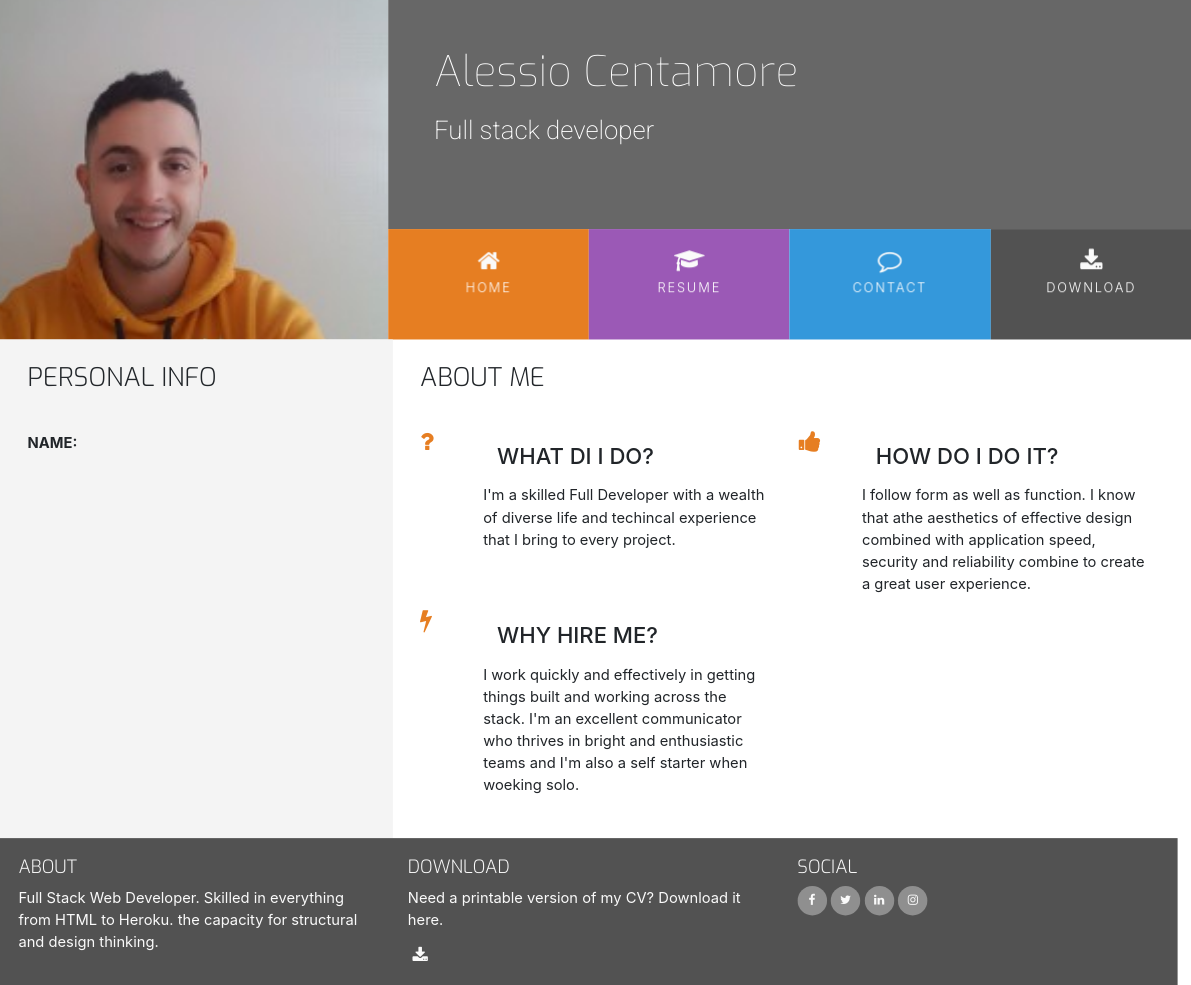
Repository: Baal89/Resume
Page: index.html
The author's editor kept a record of every edit. The page is drawn from the files as they stood at one moment, then again after the next edit.
The browser window is 1280 px wide. The page is 1295 px wide, so the pictures cover 1295 px, including what lies to the right of the window. The pictures show the whole page, at 92% of full size.

Above is the page before.

### index.html
<!DOCTYPE html>
<html lang="en">

<head>
    <meta charset="UTF-8">
    <meta name="viewport" content="width=device-width, initial-scale=1.0">
    <meta http-equiv="X-UA-Compatible" content="ie=edge">
    <link rel="stylesheet" href="https://stackpath.bootstrapcdn.com/bootstrap/4.4.1/css/bootstrap.min.css" integrity="sha384-Vkoo8x4CGsO3+Hhxv8T/Q5PaXtkKtu6ug5TOeNV6gBiFeWPGFN9MuhOf23Q9Ifjh" crossorigin="anonymous">
    <link href="https://stackpath.bootstrapcdn.com/font-awesome/4.7.0/css/font-awesome.min.css" rel="stylesheet" integrity="sha384-wvfXpqpZZVQGK6TAh5PVlGOfQNHSoD2xbE+QkPxCAFlNEevoEH3Sl0sibVcOQVnN" crossorigin="anonymous">
    <link rel="stylesheet" href="https://cdnjs.cloudflare.com/ajax/libs/hover.css/2.3.1/css/hover-min.css" type="text/css" />
    <link rel="stylesheet" href="assets/css/style.css" type="text/css" />
    <title>Alessio</title>
</head>

<body>

    <header>
        <div class="row">
            <a href="index.html" class="col-md-4 logo px-0">

            </a>
            <div class="col-md-8">
                <div class="row bg-color-name-title">
                    <div class="col heading px-0">
                        <h1 class="name">Alessio Centamore</h1>
                        <h2 class="title">Full stack developer</h2>
                    </div>
                </div>
                <div class="row">
                    <div class="col px-0">
                        <ul id="nav" class="list-inline menu-container">
                            <li class="col-6 col-sm-3 ui-menu-color-home list-inline-item menuitem">
                                <a href="#" class="hvr-sweep-to-bottom"><i class="fa fa-home" aria-hidden="true"></i><span>Home</span></a>
                            </li>
                            <li class="col-6 col-sm-3 ui-menu-color-resume list-inline-item menuitem">
                                <a href="#" class="hvr-sweep-to-bottom"><i class="fa fa-graduation-cap" aria-hidden="true"></i><span>Resume</span></a>
                            </li>
                            <li class="col-6 col-sm-3 ui-menu-color-contact list-inline-item menuitem">
                                <a href="#" class="hvr-sweep-to-bottom"><i class="fa fa-comment-o" aria-hidden="true"></i><span>Contact</span></a>
                            </li>
                            <li class="col-6 col-sm-3 ui-menu-color-download list-inline-item menuitem">
                                <a href="#" class="hvr-sweep-to-bottom"><i class="fa fa-download" aria-hidden="true"></i><span>Download</span></a>
                            </li>
                        </ul>
                    </div>
                </div>
            </div>
        </div>
    </header>

    <section class="container-fluid">
        <div class="row">
            <div class="col-md-4 bg-color-personal-info section-column">
                <div class="row">
                    <div class="col-12">
                        <h3 class="section-heading uppercase">Personal info</h3>
                    </div>
                </div>
                <div class="personal-info-item">
                    <div class="key">
                        <p class="uppercase">
                            Name:
                        </p>
                    </div>
                </div>
            </div>
            <div class="col-md-8 color-three-reasons section-column">
                <div class="row">
                    <div class="col">
                        <h3 class="section-heading uppercase">about me</h3>
                    </div>
                </div>
                <div class="row">
                    <div class="col-10 offset-1 offset-sm-0 col-sm-4 col-md-6">
                        <div class="row">
                            <div class="col-2">
                                <i class="three-resons-icon fa fa-question" aria-hidden="true"></i>
                            </div>
                            <div class="col-10">
                                <h4 class="three-reasons-heading uppercase">What di I do?</h4>
                                <p>I'm a skilled Full Developer with a wealth of diverse life and
                                techincal experience that I bring to every project.</p>
                            </div>
                        </div>
                    </div>
                    <div class="col-10 offset-1 offset-sm-0 col-sm-4 col-md-6">
                        <div class="row">
                            <div class="col-2">
                                <i class="three-resons-icon fa fa-thumbs-up" aria-hidden="true"></i>
                            </div>
                            <div class="col-10">
                                <h4 class="three-reasons-heading uppercase">How do I do it?</h4>
                                <p>I follow form as well as function. I know that athe aesthetics of effective
                                design combined with application speed, security and reliability combine to
                                create a great user experience.</p>
                            </div>
                        </div>
                    </div>
                    <div class="col-10 offset-1 offset-sm-0 col-sm-4 col-md-6">
                        <div class="row">
                            <div class="col-2">
                                <i class="three-resons-icon fa fa-bolt" aria-hidden="true"></i>
                            </div>
                            <div class="col-10">
                                <h4 class="three-reasons-heading uppercase">Why hire me?</h4>
                                <p>I work quickly and effectively in getting things built and working across the stack. I'm an excellent
                                communicator who thrives in bright and enthusiastic teams and I'm also a self starter when woeking solo.</p>
                            </div>
                        </div>
                    </div>
                </div>
            </div>
        </div>
    </section>

    <footer class="container-fluid" id="footer-details">
        <div class="row">
            <div class="col-sm-4">
                <h5 class="uppercase general-sub">About</h5>
                <p class="inline-block">Full Stack Web Developer. Skilled in everything from HTML to Heroku. the capacity for structural and design thinking.</p>
            </div>
            <div class="col-sm-4">
                <h5 class="uppercase general-sub">Download</h5>
                <p class="inline-block">Need a printable version of my CV? Download it here.</p>
                <a href="#" target="_blank" class="cv-pdf">
                    <i class="fa fa-download" aria-hidden="true"></i>
                    <span class="sr-only">Download link.</span>
                </a>
            </div>
            <div class="col-sm-4">
                <h5 class="uppercase general-sub">Social</h5>
                <ul class="list-inline social-links">
                    <li class="list-inline-item">
                        <a target="_blank" href="#">
                            <i class="fa fa-facebook" aria-hidden="true"></i>
                            <span class="sr-only">Facebook</span>
                        </a>
                    </li>
                     <li class="list-inline-item">
                        <a target="_blank" href="#">
                            <i class="fa fa-twitter" aria-hidden="true"></i>
                            <span class="sr-only">Twitter</span>
                        </a>
                    </li>
                     <li class="list-inline-item">
                        <a target="_blank" href="#">
                            <i class="fa fa-linkedin" aria-hidden="true"></i>
                            <span class="sr-only">Linkedin</span>
                        </a>
                    </li>
                     <li class="list-inline-item">
                        <a target="_blank" href="#">
                            <i class="fa fa-instagram" aria-hidden="true"></i>
                            <span class="sr-only">Instagram</span>
                        </a>
                    </li>
                </ul>
            </div>
        </div>
    </footer>

</body>

</html>

### assets/css/style.css
@import url('https://fonts.googleapis.com/css?family=Roboto:100,200,300,400,500,600,700|Exo:100,200,300,400,500,600,700&display=swap');


/*-----------------------------------------------------------------Colors */

.bg-color-name-title {
    background-color: #676767;
}

.bg-color-three-resons {
    background-color: #fff;
}

.bg-color-personal-info {
    background-color: #f4f4f4
}

.bg-color-personal-work-history {
    background-color: #9b59b6;
}

.ui-menu-color-home {
    background-color: #e67e22;
}

.ui-menu-color-resume {
    background-color: #9b59b6;
}

.ui-menu-color-contact {
    background-color: #3498db;
}

.ui-menu-color-download {
    background-color: #525252;
}

/* ---------------------------------------------------------------Special padding/margins/text */

h1,
h2,
h3,
h4 {
    margin: 0;
}

.uppercase {
    text-transform: uppercase;
}

.general-sub {
    font-family: "Exo", sans-serif;
    font-weight: 300;
    color: #fafafa;
}

.inline-block {
    display: inline-block;
}

.row-table {
    display: table;
}

.section-column {
    display: table-cell;
    padding: 0 30px 30px;
    float: none;
}

.section-heading,
.history-heading {
    font-family: "Exo", sans-serif;
    font-weight: 300;
    margin-top: 25px;
    margin-bottom: 40px;
}

/* ---------------------------------------------------------------Heading */

header {
    margin: 0;
}

.heading {
    margin-left: 50px;
}

.logo {
    background-image: url("../img/Alessio.jpg");
    background-position: center;
    background-repeat: no-repeat;
    background-size: cover;
    min-height: 360px;
    transition: all .5s ease-in-out;
    -moz-transition: all .5s ease-in-out;
    -webkit-transition: all .5s ease-in-out;
}

.name {
    font-family: Exo, sans-serif;
    font-weight: 100;
    font-size: 46px;
    margin-top: 50px;
    color: #ffffff;
}

.title {
    font-family: Roboto, sans-serif;
    font-weight: 200;
    font-size: 28px;
    margin-top: 20px;
    margin-bottom: 90px;
    color: #ffffff;
}

.list-inline-item:not(:last-child) {
    margin-right: 0 !important;
}

.menu-container {
    font-size: 0;
}

#nav li {
    font-size: 14px;
    padding: 0;
}

.menuitem {
    height: 120px;
    text-align: center;
    padding: 0;
}

.menuitem a {
    width: 100%;
    text-decoration: none;
    color: #fff;
    height: 120px;
}

.menuitem i {
    padding-top: 22px;
    display: block;
    color: #fafafa;
    font-size: 26px;
}

.menuitem span {
    display: block;
    width: 100%;
    padding-top: 5px;
    text-align: center;
    text-transform: uppercase;
    font-size: 14px;
    font-weight: 300;
    letter-spacing: 2px;
}

#nav {
    margin: 0;
}

/* ---------------------------------------------------------------Hover */

.hvr-sweep-to-bottom:before {
    background-color: rgba(0,0,0, 0.2);
    height: 120px;
}

/* --------------------------------------------------------------Footer */

footer {
    background-color: #525252;
    color: #fafafa;
    min-height: 120px;
    margin: 0;
}

.cv-pdf i {
    font-size: 18px;
    color: #fafafa;
    text-align: center;
    padding-left: 5px;
    transition: all 0.35s ease-in-out;
    -moz-0transition: all 0.35s ease-in-out;
    -webkit-transition: all 0.35s ease-in-out;
    -o-transition: all 0.35s ease-in-out;
}

.cv-pdf i:hover {
    color: #e84610;
}

.social-links {
    padding-bottom: 15px;
}

.social-links li a i {
    width: 32px;
    height: 32px;
    padding: 12px 0;
    border-radius: 50%;
    font-size: 13px;
    line-height: 7px;
    text-align: center;
    color: #fafafa;
    background-color: #8f8f8f;
    transition: all 0.35s ease-in-out;
    -moz-0transition: all 0.35s ease-in-out;
    -webkit-transition: all 0.35s ease-in-out;
    -o-transition: all 0.35s ease-in-out;
}

.social-links li a i:hover {
    background-color: #e84610;
}

#footer-details {
    padding: 20px;
}

/* --------------------------------------------------------------three reasons */


.three-resons-icon {
    font-size: 26px;
    color: #e67e22;
}

.three-reasons-heading {
    margin: 15px;
}

/* --------------------------------------------------------------Personal info*/

.personal-info-item {
    margin-bottom: 20px;
    display: block;
    clear: both;
}

.personal-info-item .key,
.personal-info-item .value {
    padding-right: 8px;
    display: inline-block;
}

.personal-info-item .key p,
.personal-info-item .value p {
    margin: 0;
}

.personal-info-item .key {
    width: 30%;
    margin-right: 21px;
    padding-top: 2px;
    vertical-align: top;
}

.personal-info-item .key p {
    font-weight: 700;
}

.personal-info-item .value {
    position: relative;
    width: 60%;
}

/* --------------------------------------------------------------skills */

.progress {
    position: relative;
    height: 25px;
    margin-bottom: 4px;
}

.progress-type {
    position: absolute;
    left: 0px;
    font-weight: 400;
    padding: 3px 30px 2px 10px;
    color: #fafafa;
    background-color: rgba(25, 25, 25, 0.2);
}

.progress-section {
    margin: 40px 20px;
}

/* ---------------------------------------------------------------work history */

.history-heading {
    color: #fafafa;
    margin-bottom: 50px;
}

.timeline-item {
    padding: 43em 2em 0em 2em;
    position: relative;
    color: #fafafa;
    border-left: 1px solid;
}

.timeline-item p {
    padding: 0;
    margin: 0;
}

.timeline-item:before {
    content: attr(data-dates);
    position: absolute;
    left: 2.5em;
    top: 3em;
    display: block;
    font-family: "Exo" , sans-serif;
    font-weight: 500;
    font-size: 0.8em;
    padding: 0;
    margin: 0;
}

.tiimeline-item:after {
    width: 12px;
    height: 12px;
    display: block;
    top: 2.4em;
    position: absolute;
    left: -6px;
    border-radius: 12px;
    content: "";
    background-color: #fafafa;
}

After the next edit:
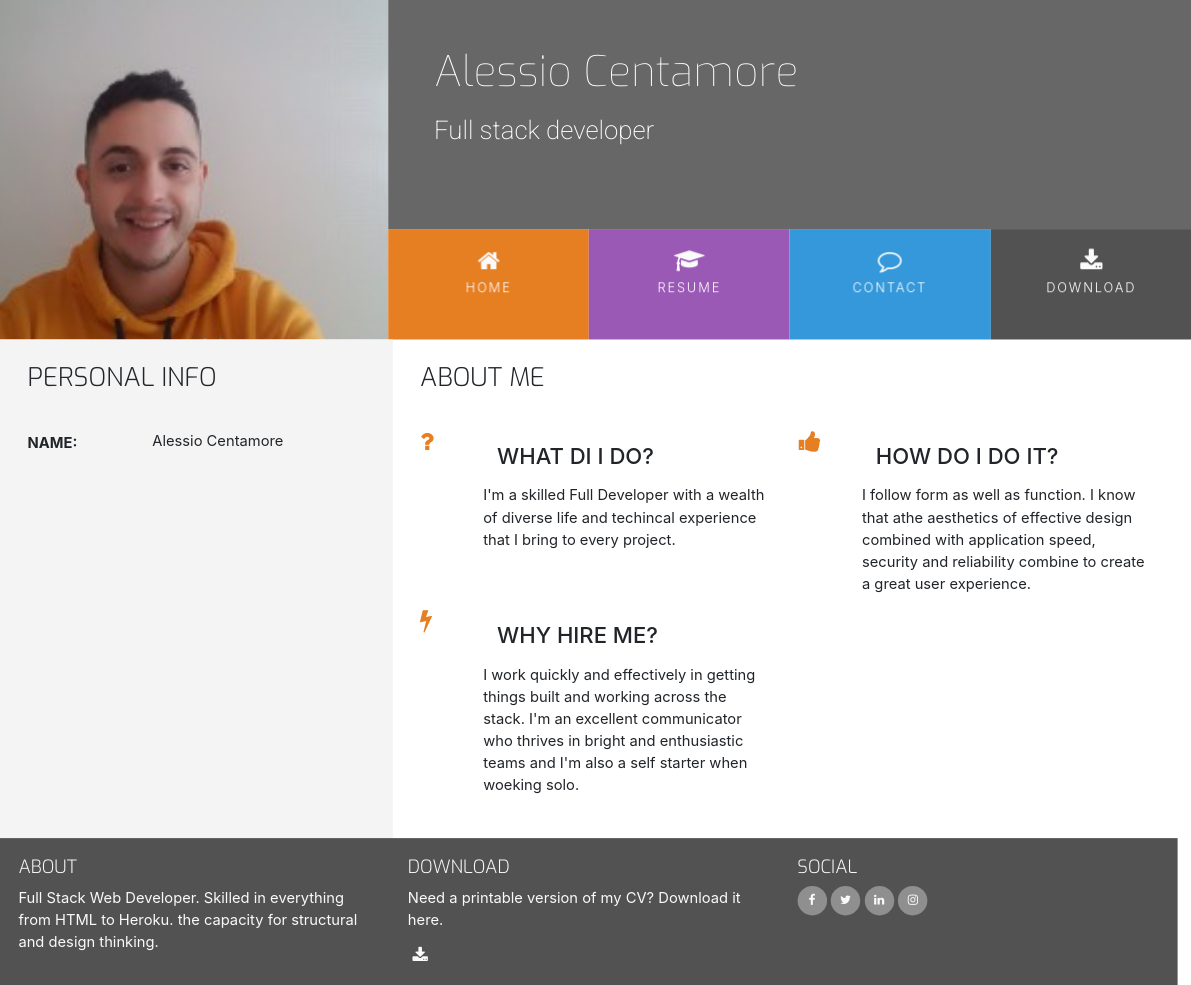
The edit:
--- a/index.html
+++ b/index.html
@@ -60,6 +60,11 @@
                     <div class="key">
                         <p class="uppercase">
                             Name:
+                        </p>
+                    </div>
+                    <div class="value">
+                        <p>
+                            Alessio Centamore
                         </p>
                     </div>
                 </div>
